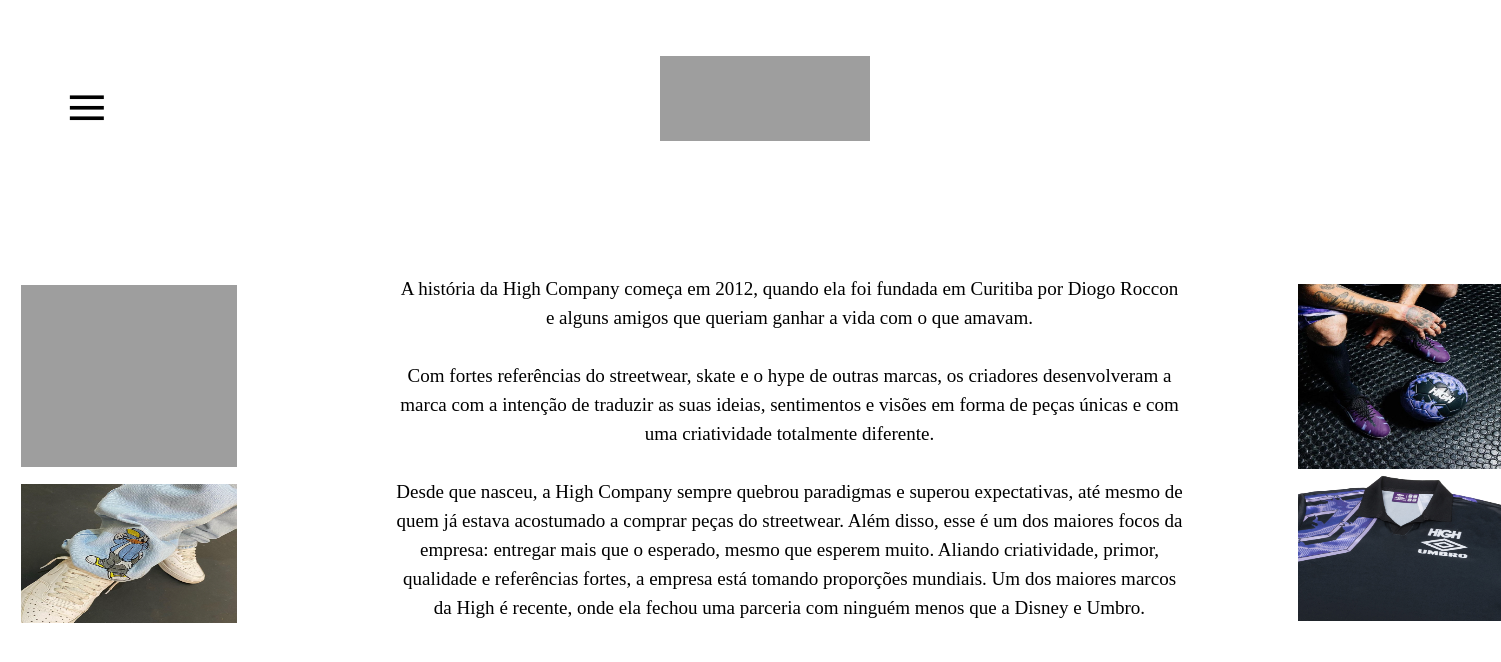
Repository: Cavejon/faClubeHighCompany
Page: ProjetoFaClubeHigh/WebContent/index.html
The author's editor kept a copy of each file at every save. The page is drawn from the files as they stood at one save, then again after the next save.
The browser window is 1280 px wide. The page is 1501 px wide, so the pictures cover 1501 px, including what lies to the right of the window. The pictures show the whole page.
Pictures or frames that could not be fetched are drawn as grey boxes.

Above is the page before, as saved 2022-12-06 22:12:34.

After the next save:
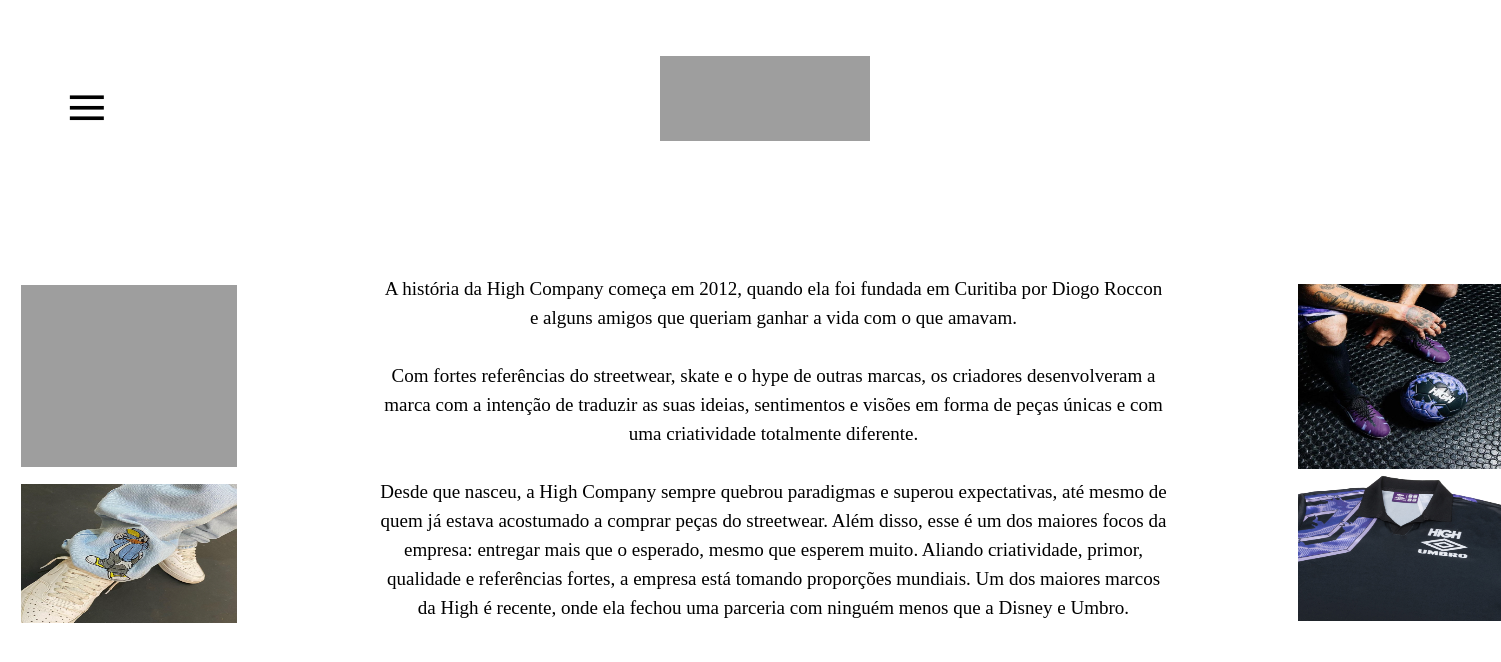
Saved 27 s later.
--- a/ProjetoFaClubeHigh/WebContent/css/historia.css
+++ b/ProjetoFaClubeHigh/WebContent/css/historia.css
@@ -61,7 +61,7 @@
 section p {
 	position: absolute;
 	width: 49.1875rem;
-	left: 24.75rem;
+	left: 23.75rem;
 	font-size: 1.1900rem;
 	line-height: 1.8125rem;
 	text-align: center;
